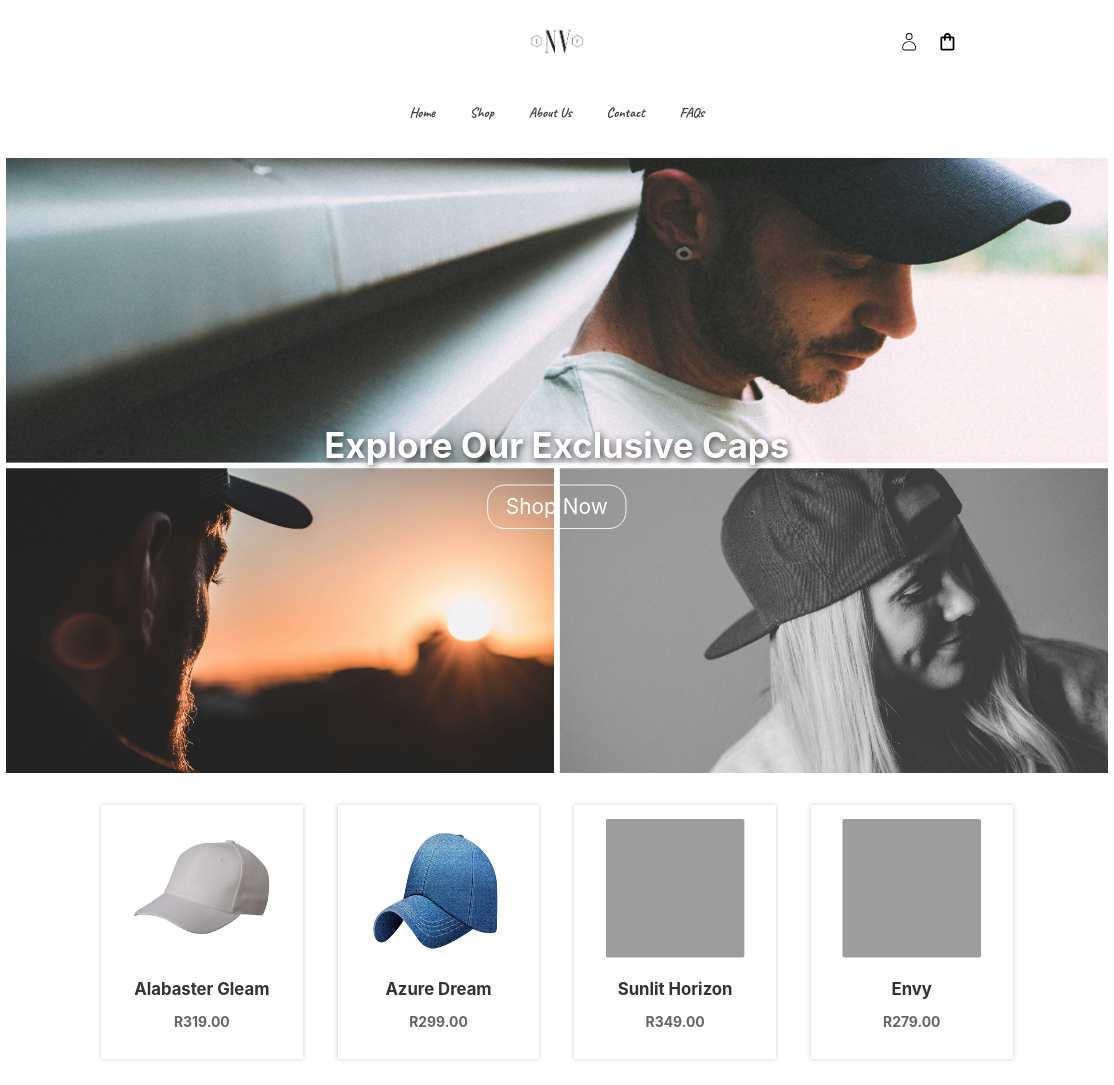
Repository: lasity34/new-envy
Page: / (app in my-new-envy/)
An editor plug-in stored every save of this project. The page is shown before and after the next save, followed by the edit.
The browser window is 1280 px wide. The pictures show the whole page, at 87% of full size.
Pictures or frames that could not be fetched are drawn as grey boxes. The project was rebuilt for these pictures with package versions that can differ from the ones it lists, and the page was loaded fresh each time.

Above is the page before, as saved 2024-04-22 13:35:49.

After the next save:
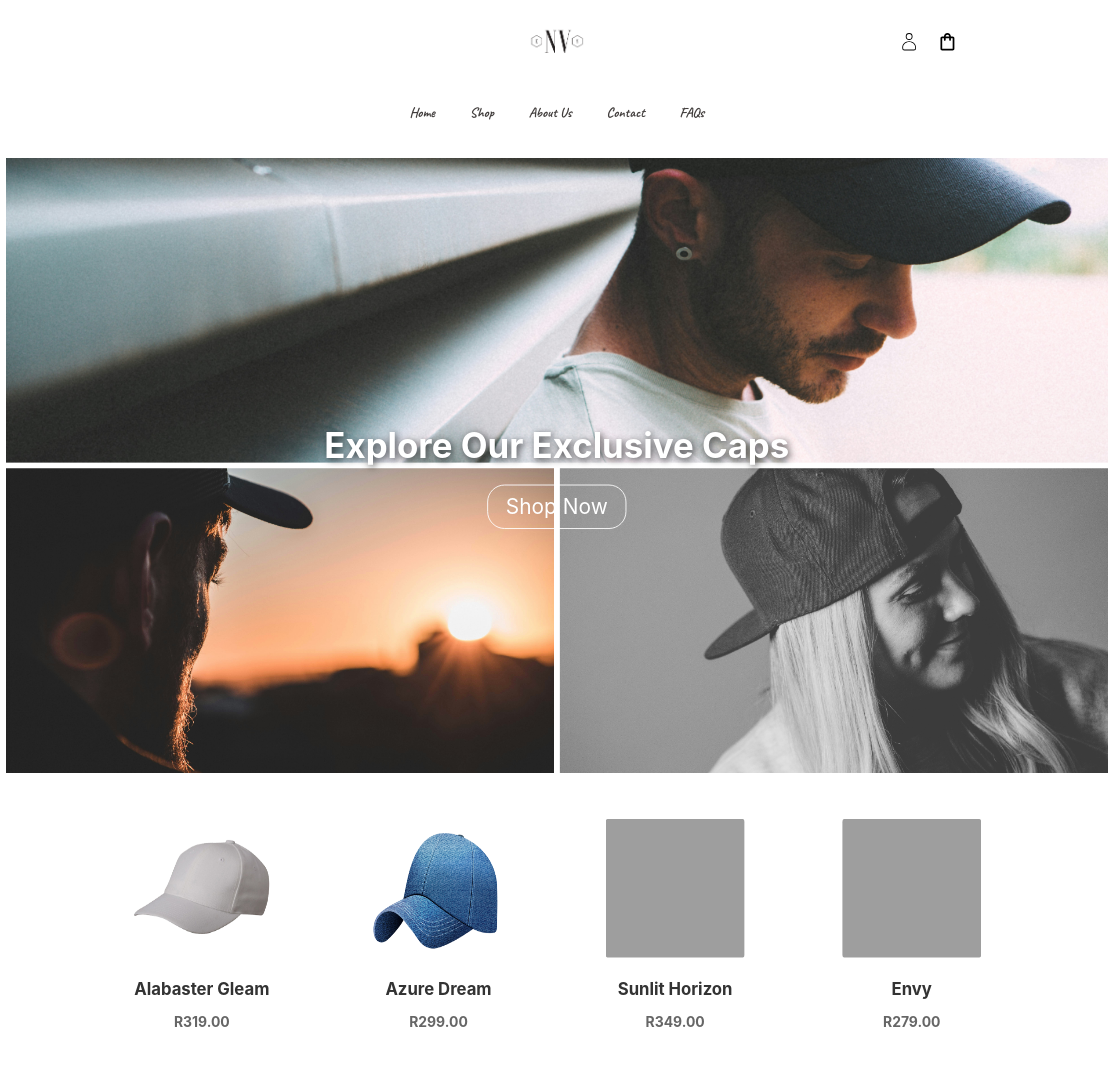
Saved 17 s later.
--- a/my-new-envy/src/components/ProductCard.tsx
+++ b/my-new-envy/src/components/ProductCard.tsx
@@ -8,7 +8,7 @@ const CardContainer = styled.div`
     text-align: center;
     width: 200px; // Fixed width for grid display
     margin: 10px;
-    box-shadow: 0px 0px 5px #ccc; // Optional: adds shadow for better visibility
+
 `;
 
 const ProductImage = styled.img`
